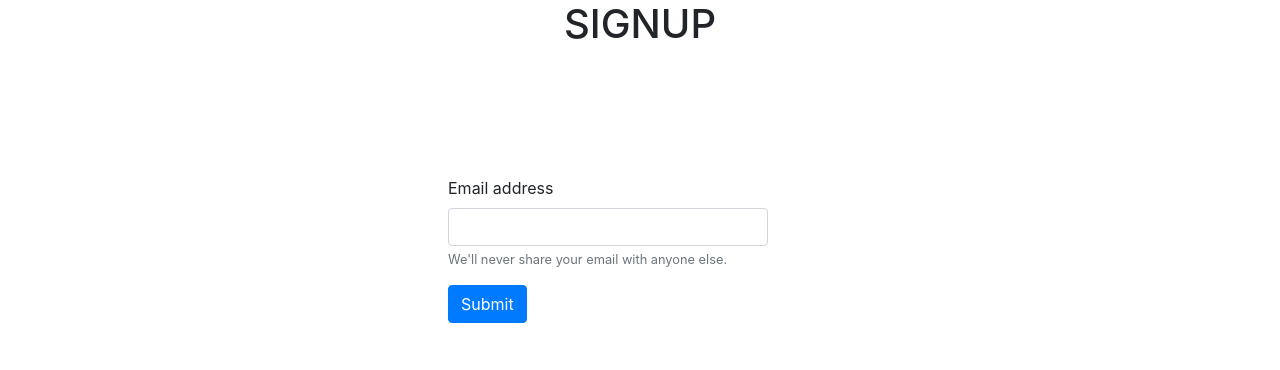
Repository: DhananjayaLakshan/PHP_CRUD_OOP1
Page: http://localhost/signup.php
These files come from the project's save history. The page is drawn as it stood at one moment and after the next save; the edit follows.
The browser window is 1280 px wide. The pictures show the whole page.
The page is run by PHP 8.4 with error messages shown; the project is at /var/www/html/.

Above is the page before, as saved 2023-11-30 12:11:27.

After the next save:
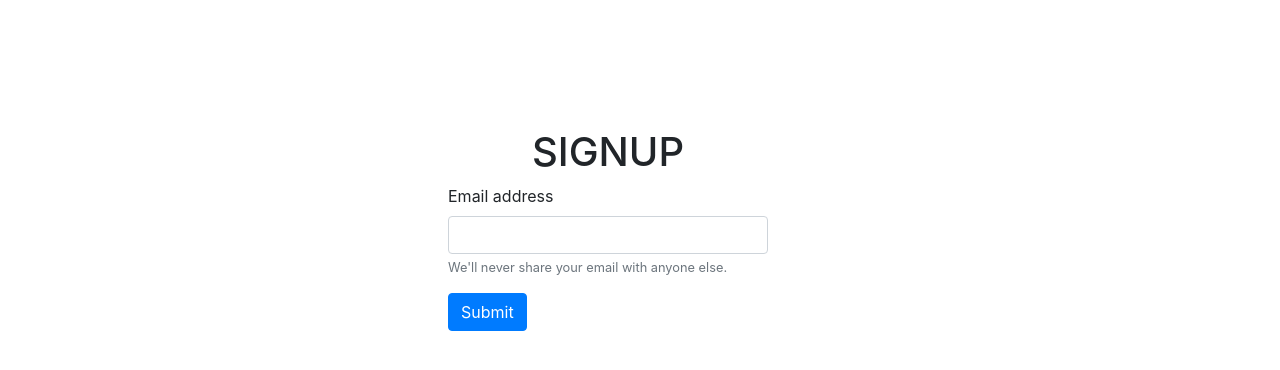
Saved 18 s later.
--- a/signup.php
+++ b/signup.php
@@ -13,9 +13,10 @@
 
 <body>
 
-<h1 style="text-align: center; font-weight: 500;">SIGNUP</h1>
+
 
     <form action="" method="post" style="width: 25%; margin: 10% 35%;">
+    <h1 style="text-align: center; font-weight: 500;">SIGNUP</h1>
         <div class="form-group">
             <label for="exampleInputEmail1">Email address</label>
             <input type="email" class="form-control" id="exampleInputEmail1" aria-describedby="emailHelp">
